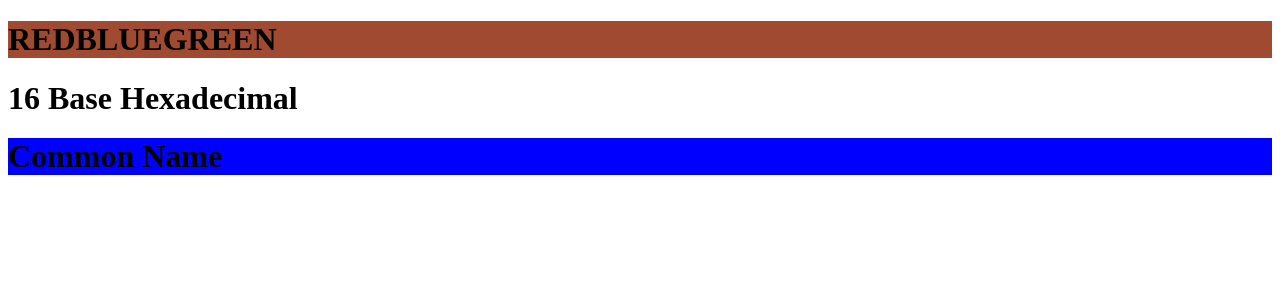
Repository: 3EyEdRav3n/10-2020-cohort-course
Page: week-1/day-4/warm-up.html
These files come from the project's save history. The page is drawn as it stood at one moment and after the next save; the edit follows.
The browser window is 1280 px wide. The pictures show the whole page.

Above is the page before, as saved 2020-10-29 20:18:03.

### week-1/day-4/warm-up.html
<!DOCTYPE html>
<html lang="en">
  <head>
    <meta charset="UTF-8" />
    <meta name="viewport" content="width=device-width, initial-scale=1.0" />
    <link rel="stylesheet" href="./warm-up.css" />
    <link
      href="https://fonts.googleapis.com/css2?family=Roboto:wght@100&display=swap"
      rel="stylesheet"
    />
    <title>Document</title>
  </head>
  <body>
    <div class="Div1">
      <h1>REDBLUEGREEN</h1>
    </div>
    <div class="Div2">
      <h1>16 Base Hexadecimal</h1>
    </div>
    <div class="Div3">
      <h1>Common Name</h1>
    </div>
  </body>
</html>

### week-1/day-4/warm-up.css


.Div1 {
    background-color: rgb(160, 75, 49)
}

.Div2 {
    background-color: 27CCD2
}

.Div3 {
    background-color: blue
}

After the next save:
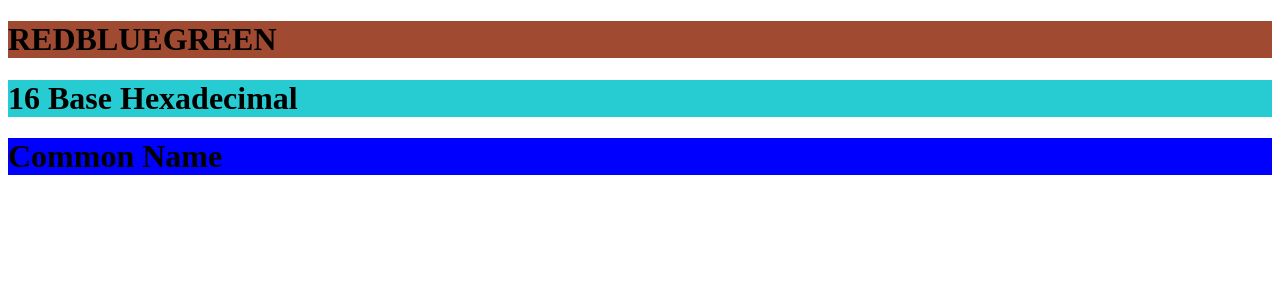
Saved 43 s later.
--- a/week-1/day-4/warm-up.css
+++ b/week-1/day-4/warm-up.css
@@ -5,7 +5,7 @@
 }
 
 .Div2 {
-    background-color: 27CCD2
+    background-color: #27CCD2
 }
 
 .Div3 {

After the save that followed:
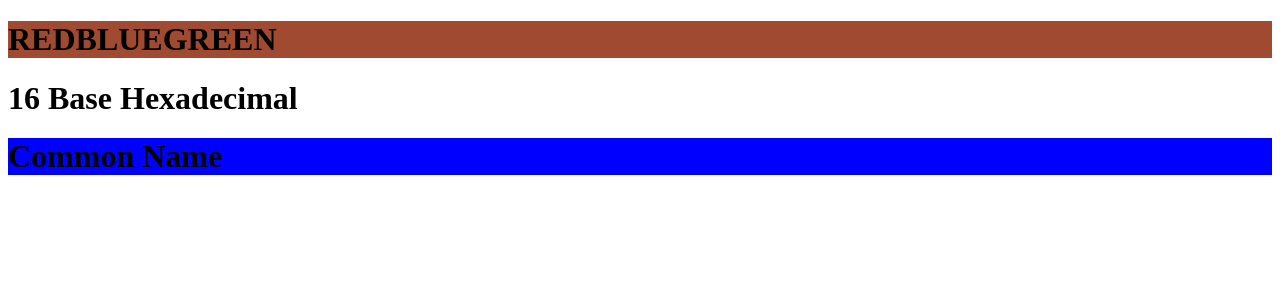
Saved 41 s later.
--- a/week-1/day-4/warm-up.css
+++ b/week-1/day-4/warm-up.css
@@ -6,6 +6,7 @@
 
 .Div2 {
     background-color: #27CCD2
+    font-size lowercase
 }
 
 .Div3 {
